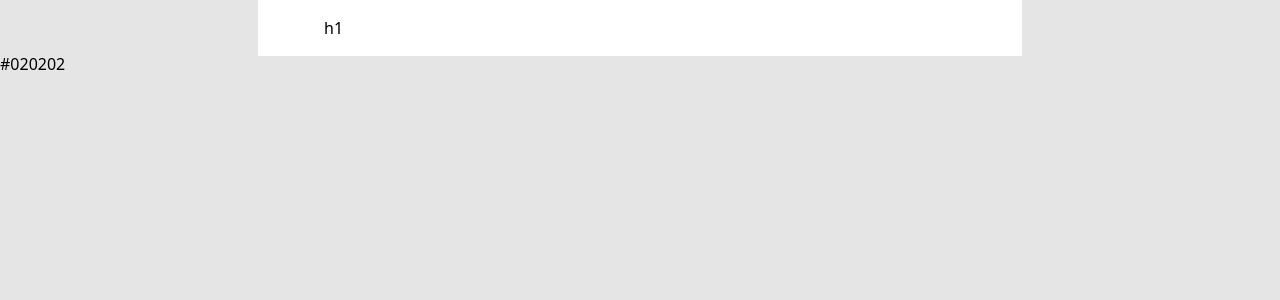
Repository: lannguyen1301/f8-zoom-day-4
Page: cv.html
These files come from the project's save history. The page is drawn as it stood at one moment and after the next save; the edit follows.
The browser window is 1280 px wide. The pictures show the whole page.

Above is the page before, as saved 2025-04-17 22:50:56.

### cv.html
<!DOCTYPE html>
<html lang="en">

<head>
    <meta charset="UTF-8">
    <meta name="viewport" content="width=device-width, initial-scale=1.0">
    <title>f8-zoom-day-4</title>
    <link rel="stylesheet" href="./assets/css/reset.css">
    <link rel="stylesheet" href="./assets/css/style.css">
</head>

<body>
    <div class="content">
        h1
    </div>
</body>

</html>#020202

### assets/css/style.css
* {
    box-sizing: border-box;
}

body {
    margin: 0 auto;
    font-size: 16px;
    font-family: system-ui, "Segoe UI", Roboto, Helvetica, Arial, sans-serif,
        "Apple Color Emoji", "Segoe UI Emoji", "Segoe UI Symbol";
    background-color: #e6e5e5;
}

a {
    text-decoration: none;
}

.content {
    max-width: 764px;
    margin: inherit;
    padding: 20px 66px;
    background-color: #fff;
}

.title {
    /* margin: 30px 0; */
    font-size: 32px;
    color: #020202;
    font-weight: 900;
    text-align: center;
}

.list {
    margin: 0 auto;
    text-align: center;
    font-size: 16px;
    color: green;
    font-weight: 500;
}

.item {
    display: inline-block;
    margin: 0 20px;
    font-weight: 900;
    font-size: 1.5rem;
}

.link {
    color: inherit;
    padding: 10px;
}

.item:hover > .link {
    color: orange;
    background-color: #fff;
    padding: 10px;
    border-radius: 5px;
}

Loaded but not shown: assets/css/reset.css (common file)

After the next save:
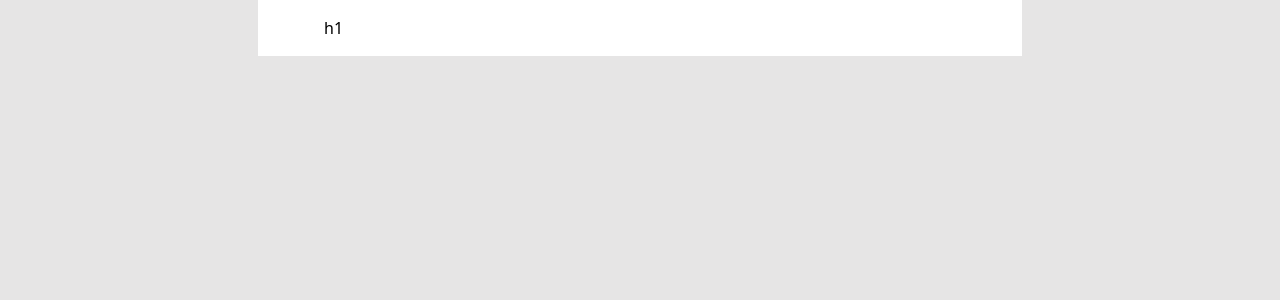
Saved 2 min 9 s later.
--- a/cv.html
+++ b/cv.html
@@ -15,4 +15,4 @@
     </div>
 </body>
 
-</html>#020202
+</html>
